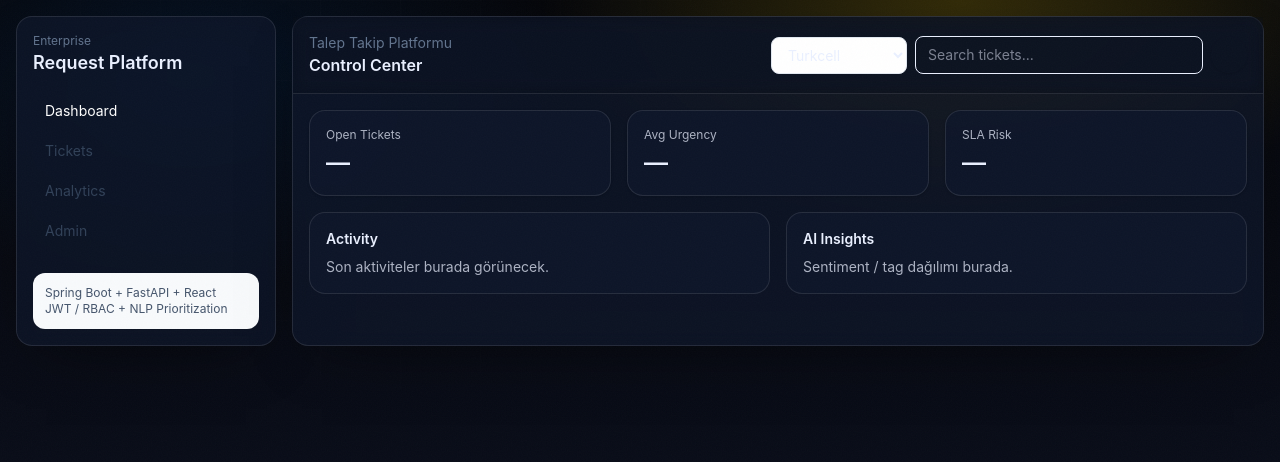
Repository: Salihapeker/enterprise-ai-ticket-system
Page: / (app in Desktop/enterprise-ai-ticket-system/frontend/)
An editor plug-in stored every save of this project. The page is shown before and after the next save, followed by the edit.
The browser window is 1280 px wide. The pictures show the whole page.
The project was rebuilt for these pictures with package versions that can differ from the ones it lists, and the page was loaded fresh each time. Also part of the build but not shown: Desktop/enterprise-ai-ticket-system/frontend/vite.config.ts, Desktop/enterprise-ai-ticket-system/frontend/src/services/tickets.ts, Desktop/enterprise-ai-ticket-system/frontend/src/pages/TicketsPage.tsx, Desktop/enterprise-ai-ticket-system/frontend/src/pages/AnalyticsPage.tsx, Desktop/enterprise-ai-ticket-system/frontend/src/pages/AdminPage.tsx.

Above is the page before, as saved 2026-03-16 04:26:44.

### Desktop/enterprise-ai-ticket-system/frontend/src/main.tsx
import { StrictMode } from "react";
import { createRoot } from "react-dom/client";
import "./index.css";
import App from "./App.tsx";
import ThemeProvider from "./theme/ThemeProvider";

createRoot(document.getElementById("root")!).render(
  <StrictMode>
    <ThemeProvider>
      <App />
    </ThemeProvider>
  </StrictMode>,
);

### Desktop/enterprise-ai-ticket-system/frontend/src/index.css
@import "tailwindcss";

:root {
  --primary: #ffd100;
  --primary-text: #111827;
  --accent: #0057b8;
  --accent2: #ffd100;

  --bg: #05060a;
  --bg2: #0b1020;
  --card: rgba(15, 23, 42, 0.72);
  --card2: rgba(15, 23, 42, 0.86);
  --text: #eaf0ff;
  --muted: rgba(234, 240, 255, 0.72);
  --stroke: rgba(255, 255, 255, 0.1);
}

html,
body,
#root {
  height: 100%;
}

body {
  margin: 0;
  color: var(--text);
  font-family:
    Inter,
    ui-sans-serif,
    system-ui,
    -apple-system,
    "Segoe UI",
    Roboto,
    Arial,
    "Noto Sans";
  background:
    radial-gradient(
      600px 320px at 75% 0%,
      color-mix(in oklab, var(--accent2) 18%, transparent),
      transparent 70%
    ),
    radial-gradient(
      520px 300px at 15% 10%,
      color-mix(in oklab, var(--accent) 14%, transparent),
      transparent 72%
    ),
    linear-gradient(180deg, var(--bg), var(--bg2));
}

/* subtle grid overlay */
body::before {
  content: "";
  position: fixed;
  inset: 0;
  pointer-events: none;
  opacity: 0.18;
  background-image:
    linear-gradient(to right, rgba(255, 255, 255, 0.08) 1px, transparent 1px),
    linear-gradient(to bottom, rgba(255, 255, 255, 0.08) 1px, transparent 1px);
  background-size: 80px 80px;
  mask-image: radial-gradient(circle at 30% 10%, black 0%, transparent 60%);
}

/* tiny noise */
body::after {
  content: "";
  position: fixed;
  inset: 0;
  pointer-events: none;
  opacity: 0.06;
  background-image: url("data:[embedded picture, 293 characters]");
}

### Desktop/enterprise-ai-ticket-system/frontend/src/App.tsx
import { BrowserRouter, Route, Routes } from "react-router-dom";
import AppShell from "./components/layouts/AppShell";
import DashboardPage from "./pages/DashboardPage";
import TicketsPage from "./pages/TicketsPage";
import AnalyticsPage from "./pages/AnalyticsPage";
import AdminPage from "./pages/AdminPage";

export default function App() {
  return (
    <BrowserRouter>
      <Routes>
        <Route element={<AppShell />}>
          <Route path="/" element={<DashboardPage />} />
          <Route path="/tickets" element={<TicketsPage />} />
          <Route path="/analytics" element={<AnalyticsPage />} />
          <Route path="/admin" element={<AdminPage />} />
        </Route>
      </Routes>
    </BrowserRouter>
  );
}

### Desktop/enterprise-ai-ticket-system/frontend/src/theme/ThemeProvider.tsx
import React, { createContext, useEffect, useMemo, useState } from "react";
import { getTheme, type ThemeId, THEMES } from "./themes";

type ThemeCtx = {
  themeId: ThemeId;
  setThemeId: (id: ThemeId) => void;
};

export const ThemeContext = createContext<ThemeCtx | null>(null);

const KEY = "enterprise-theme";

export default function ThemeProvider({
  children,
}: {
  children: React.ReactNode;
}) {
  const [themeId, setThemeIdState] = useState<ThemeId>(() => {
    const saved = localStorage.getItem(KEY) as ThemeId | null;
    return saved ?? "turkcell";
  });

  const value = useMemo(
    () => ({
      themeId,
      setThemeId: (id: ThemeId) => {
        setThemeIdState(id);
        localStorage.setItem(KEY, id);
      },
    }),
    [themeId],
  );

  useEffect(() => {
    const theme = getTheme(themeId);
    const root = document.documentElement;
    for (const [k, v] of Object.entries(theme.vars))
      root.style.setProperty(k, v);
    // helpful attribute (for debugging)
    root.setAttribute("data-theme", theme.id);
  }, [themeId]);

  return (
    <ThemeContext.Provider value={value}>{children}</ThemeContext.Provider>
  );
}

export { THEMES };

### Desktop/enterprise-ai-ticket-system/frontend/src/components/layouts/AppShell.tsx
import { NavLink, Outlet } from "react-router-dom";
import { useTheme } from "../../hooks/useTheme";
import { THEMES } from "../../theme/themes";
import type { ThemeId } from "../../theme/themes";

const navLinkClass = ({ isActive }: { isActive: boolean }) =>
  [
    "flex items-center gap-2 rounded-lg px-3 py-2 text-sm transition",
    isActive
      ? "bg-[var(--brand-2)] text-white"
      : "text-slate-700 hover:bg-slate-100",
  ].join(" ");

export default function AppShell() {
  const { themeId, setThemeId } = useTheme();

  return (
    <div className="min-h-screen text-[var(--text)]">
      <div className="w-full p-4">
        <div className="grid grid-cols-1 gap-4 lg:grid-cols-[260px_1fr]">
          <aside className="rounded-2xl border border-[var(--stroke)] bg-[var(--card)] p-4 shadow-[0_20px_60px_-30px_rgba(0,0,0,0.75)] backdrop-blur">
            <div className="flex items-center justify-between">
              <div>
                <div className="text-xs text-slate-500">Enterprise</div>
                <div className="text-lg font-semibold">Request Platform</div>
              </div>
            </div>

            <nav className="mt-4 grid gap-1">
              <NavLink to="/" end className={navLinkClass}>
                Dashboard
              </NavLink>
              <NavLink to="/tickets" className={navLinkClass}>
                Tickets
              </NavLink>
              <NavLink to="/analytics" className={navLinkClass}>
                Analytics
              </NavLink>
              <NavLink to="/admin" className={navLinkClass}>
                Admin
              </NavLink>
            </nav>

            <div className="mt-6 rounded-xl bg-slate-50 p-3 text-xs text-slate-600">
              Spring Boot + FastAPI + React
              <br />
              JWT / RBAC + NLP Prioritization
            </div>
          </aside>

          <main className="rounded-2xl border border-[var(--stroke)] bg-[var(--card)] shadow-[0_20px_60px_-30px_rgba(0,0,0,0.75)] backdrop-blur">
            <header className="sticky top-0 z-10 flex items-center justify-between border-b border-[var(--stroke)] bg-[rgba(0,0,0,0.15)] p-4 backdrop-blur">
              <div>
                <div className="text-sm text-slate-500">
                  Talep Takip Platformu
                </div>
                <div className="text-base font-semibold">Control Center</div>
              </div>

              <div className="flex items-center gap-2">
                <select
                  value={themeId}
                  onChange={(e) => setThemeId(e.target.value as ThemeId)}
                  className="rounded-lg border border-slate-200 bg-white px-3 py-2 text-sm outline-none focus:ring-2 focus:ring-slate-300"
                  title="Theme"
                >
                  {THEMES.map((t) => (
                    <option key={t.id} value={t.id}>
                      {t.label}
                    </option>
                  ))}
                </select>

                <input
                  className="hidden w-72 rounded-lg border px-3 py-2 text-sm outline-none focus:ring-2 focus:ring-slate-300 md:block"
                  placeholder="Search tickets..."
                />

                <div className="h-9 w-9 rounded-full bg-gradient-to-br from-[var(--brand-2)] to-[var(--brand)] shadow-sm" />
              </div>
            </header>

            <div className="p-4">
              <Outlet />
            </div>
          </main>
        </div>
      </div>
    </div>
  );
}

### Desktop/enterprise-ai-ticket-system/frontend/src/pages/DashboardPage.tsx
export default function DashboardPage() {
  return (
    <div className="grid gap-4">
      <div className="grid grid-cols-1 gap-4 md:grid-cols-3">
        <Card title="Open Tickets" value="—" />
        <Card title="Avg Urgency" value="—" />
        <Card title="SLA Risk" value="—" />
      </div>

      <div className="grid grid-cols-1 gap-4 lg:grid-cols-2">
        <Panel title="Activity">Son aktiviteler burada görünecek.</Panel>
        <Panel title="AI Insights">Sentiment / tag dağılımı burada.</Panel>
      </div>
    </div>
  );
}

function Card({ title, value }: { title: string; value: string }) {
  return (
    <div className="rounded-2xl border border-[var(--stroke)] bg-[var(--card2)] p-4 shadow-sm">
      <div className="text-xs text-[var(--muted)]">{title}</div>
      <div className="mt-1 text-2xl font-semibold text-[var(--text)]">
        {value}
      </div>
    </div>
  );
}

function Panel({
  title,
  children,
}: {
  title: string;
  children: React.ReactNode;
}) {
  return (
    <div className="rounded-2xl border border-[var(--stroke)] bg-[var(--card2)] p-4">
      <div className="text-sm font-semibold text-[var(--text)]">{title}</div>
      <div className="mt-2 text-sm text-[var(--muted)]">{children}</div>
    </div>
  );
}

### Desktop/enterprise-ai-ticket-system/frontend/src/theme/themes.ts
export type ThemeId = "turkcell" | "turktelekom" | "vodafone";

export type Theme = {
  id: ThemeId;
  label: string;
  vars: Record<string, string>;
};

const base = {
  "--bg": "#05060a",
  "--bg2": "#0b1020",
  "--card": "rgba(15, 23, 42, 0.72)",
  "--card2": "rgba(15, 23, 42, 0.86)",
  "--text": "#EAF0FF",
  "--muted": "rgba(234,240,255,0.72)",
  "--stroke": "rgba(255,255,255,0.10)",
};

export const THEMES: Theme[] = [
  {
    id: "turkcell",
    label: "Turkcell",
    vars: {
      ...base,
      "--primary": "#FFD100", // sarı
      "--primary-text": "#111827", // sarıda siyah yazı daha okunur
      "--accent": "#0057B8", // mavi glow
      "--accent2": "#FFD100",
    },
  },
  {
    id: "turktelekom",
    label: "Türk Telekom",
    vars: {
      ...base,
      "--primary": "#00A0DF", // TT mavi (cyan)
      "--primary-text": "#FFFFFF",
      "--accent": "#001A72",
      "--accent2": "#00A0DF",
    },
  },
  {
    id: "vodafone",
    label: "Vodafone",
    vars: {
      ...base,
      "--primary": "#E60000", // kırmızı
      "--primary-text": "#FFFFFF",
      "--accent": "#FF4D4D",
      "--accent2": "#E60000",
    },
  },
];

export function getTheme(id: ThemeId): Theme {
  return THEMES.find((x) => x.id === id) ?? THEMES[0];
}

### Desktop/enterprise-ai-ticket-system/frontend/src/hooks/useTheme.ts
import { useContext } from "react";
import { ThemeContext } from "../theme/ThemeProvider";

export function useTheme() {
  const ctx = useContext(ThemeContext);
  if (!ctx) throw new Error("useTheme must be used within ThemeProvider");
  return ctx;
}

After the next save:
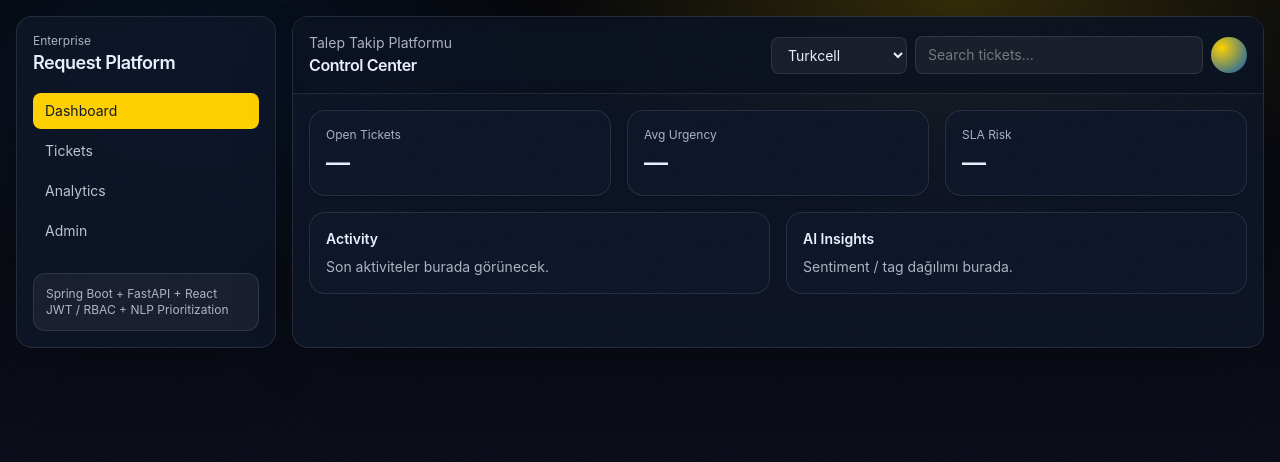
Saved 10 s later.
--- a/Desktop/enterprise-ai-ticket-system/frontend/src/components/layouts/AppShell.tsx
+++ b/Desktop/enterprise-ai-ticket-system/frontend/src/components/layouts/AppShell.tsx
@@ -7,8 +7,8 @@ const navLinkClass = ({ isActive }: { isActive: boolean }) =>
   [
     "flex items-center gap-2 rounded-lg px-3 py-2 text-sm transition",
     isActive
-      ? "bg-[var(--brand-2)] text-white"
-      : "text-slate-700 hover:bg-slate-100",
+      ? "bg-[var(--primary)] text-[var(--primary-text)] shadow-[0_10px_30px_-18px_color-mix(in_oklab,var(--primary)_55%,transparent)]"
+      : "text-[var(--text)]/80 hover:bg-white/5",
   ].join(" ");
 
 export default function AppShell() {
@@ -21,8 +21,10 @@ export default function AppShell() {
           <aside className="rounded-2xl border border-[var(--stroke)] bg-[var(--card)] p-4 shadow-[0_20px_60px_-30px_rgba(0,0,0,0.75)] backdrop-blur">
             <div className="flex items-center justify-between">
               <div>
-                <div className="text-xs text-slate-500">Enterprise</div>
-                <div className="text-lg font-semibold">Request Platform</div>
+                <div className="text-xs text-[var(--muted)]">Enterprise</div>
+                <div className="text-lg font-semibold tracking-tight text-[var(--text)]">
+                  Request Platform
+                </div>
               </div>
             </div>
 
@@ -41,7 +43,7 @@ export default function AppShell() {
               </NavLink>
             </nav>
 
-            <div className="mt-6 rounded-xl bg-slate-50 p-3 text-xs text-slate-600">
+            <div className="mt-6 rounded-xl border border-[var(--stroke)] bg-white/5 p-3 text-xs text-[var(--muted)]">
               Spring Boot + FastAPI + React
               <br />
               JWT / RBAC + NLP Prioritization
@@ -49,19 +51,21 @@ export default function AppShell() {
           </aside>
 
           <main className="rounded-2xl border border-[var(--stroke)] bg-[var(--card)] shadow-[0_20px_60px_-30px_rgba(0,0,0,0.75)] backdrop-blur">
-            <header className="sticky top-0 z-10 flex items-center justify-between border-b border-[var(--stroke)] bg-[rgba(0,0,0,0.15)] p-4 backdrop-blur">
+            <header className="sticky top-0 z-10 flex items-center justify-between border-b border-[var(--stroke)] bg-black/20 p-4 backdrop-blur">
               <div>
-                <div className="text-sm text-slate-500">
+                <div className="text-sm text-[var(--muted)]">
                   Talep Takip Platformu
                 </div>
-                <div className="text-base font-semibold">Control Center</div>
+                <div className="text-base font-semibold tracking-tight text-[var(--text)]">
+                  Control Center
+                </div>
               </div>
 
               <div className="flex items-center gap-2">
                 <select
                   value={themeId}
                   onChange={(e) => setThemeId(e.target.value as ThemeId)}
-                  className="rounded-lg border border-slate-200 bg-white px-3 py-2 text-sm outline-none focus:ring-2 focus:ring-slate-300"
+                  className="rounded-lg border border-[var(--stroke)] bg-white/5 px-3 py-2 text-sm text-[var(--text)] outline-none focus:ring-2 focus:ring-[var(--primary)]"
                   title="Theme"
                 >
                   {THEMES.map((t) => (
@@ -72,11 +76,17 @@ export default function AppShell() {
                 </select>
 
                 <input
-                  className="hidden w-72 rounded-lg border px-3 py-2 text-sm outline-none focus:ring-2 focus:ring-slate-300 md:block"
+                  className="hidden w-72 rounded-lg border border-[var(--stroke)] bg-white/5 px-3 py-2 text-sm text-[var(--text)] outline-none placeholder:text-white/40 focus:ring-2 focus:ring-[var(--primary)] md:block"
                   placeholder="Search tickets..."
                 />
 
-                <div className="h-9 w-9 rounded-full bg-gradient-to-br from-[var(--brand-2)] to-[var(--brand)] shadow-sm" />
+                <div
+                  className="h-9 w-9 rounded-full shadow-sm"
+                  style={{
+                    background:
+                      "radial-gradient(circle at 30% 30%, var(--accent2), var(--accent))",
+                  }}
+                />
               </div>
             </header>
 
